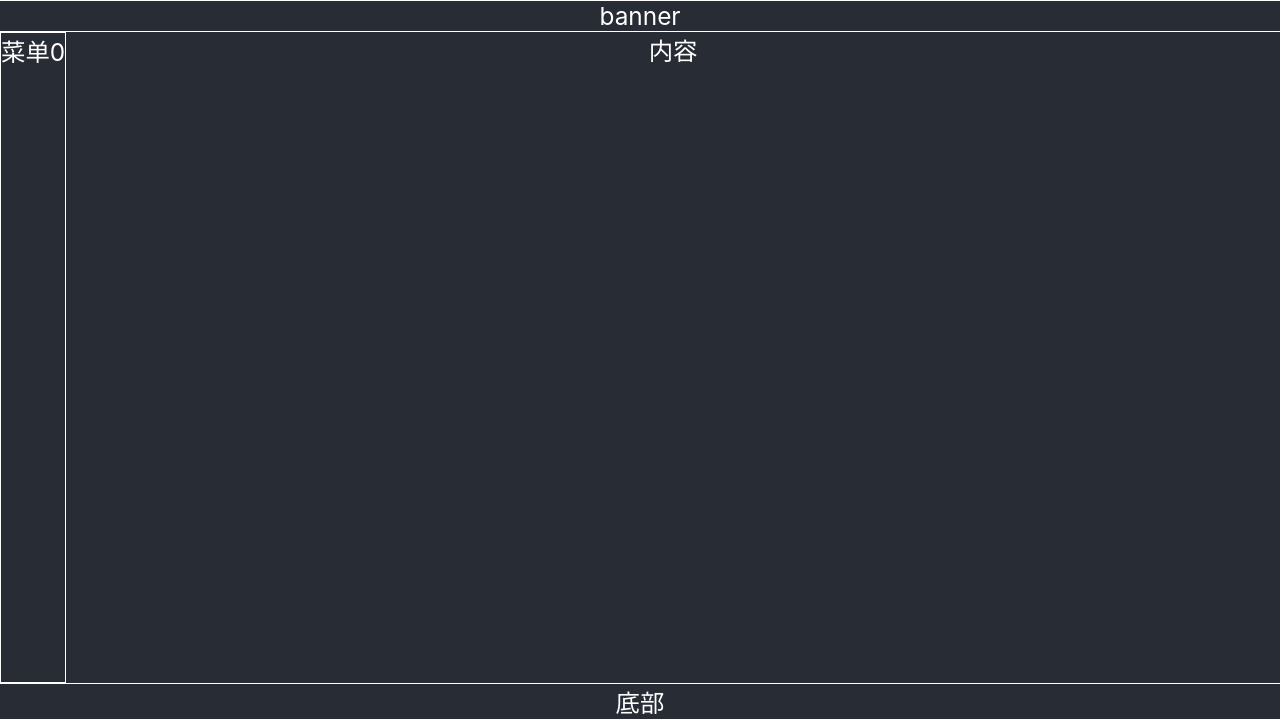
Repository: yaolh1995/react-hooks-demo-drag-layout
Page: /
The author's editor kept a copy of each file at every save. The page is drawn from the files as they stood at one save, then again after a run of saves.
The browser window is 1280 px wide. The page is 1281 px wide, so the pictures cover 1281 px, including what lies to the right of the window. The pictures show the whole page.
The project was rebuilt for these pictures with package versions that can differ from the ones it lists, and the page was loaded fresh each time.

Above is the page before, as saved 2022-01-29 14:37:09.

After the next 2 saves:
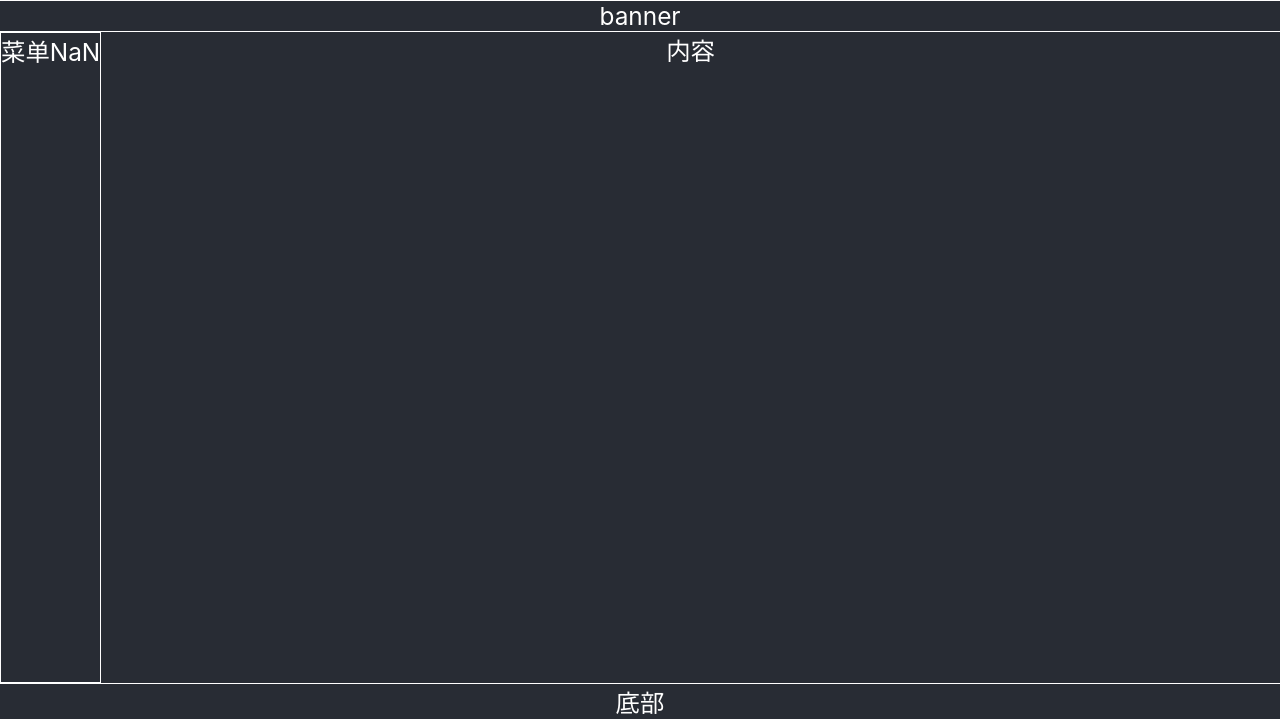
The 2 saves are shown as one change because 1 did not build or start.
The last was saved 48 s later.
--- a/src/App.js
+++ b/src/App.js
@@ -4,7 +4,7 @@
 /* 布局 菜单可有可无，菜单宽度可拖拽 */
 
 function App() {
-  const count = useState(0);
+  let count = useState(0);
   const dealClick = (count) => {
     count = count++;
     console.log("/");
@@ -14,7 +14,7 @@
       <header className="App-header">
         <div className="header">banner</div>
         <div className="content-wrapper">
-          <div className="menu" onClick={dealClick(count)}>
+          <div className="menu" onClick={count++}>
             菜单{count}
           </div>
           <div className="content">内容</div>

After the save that followed:
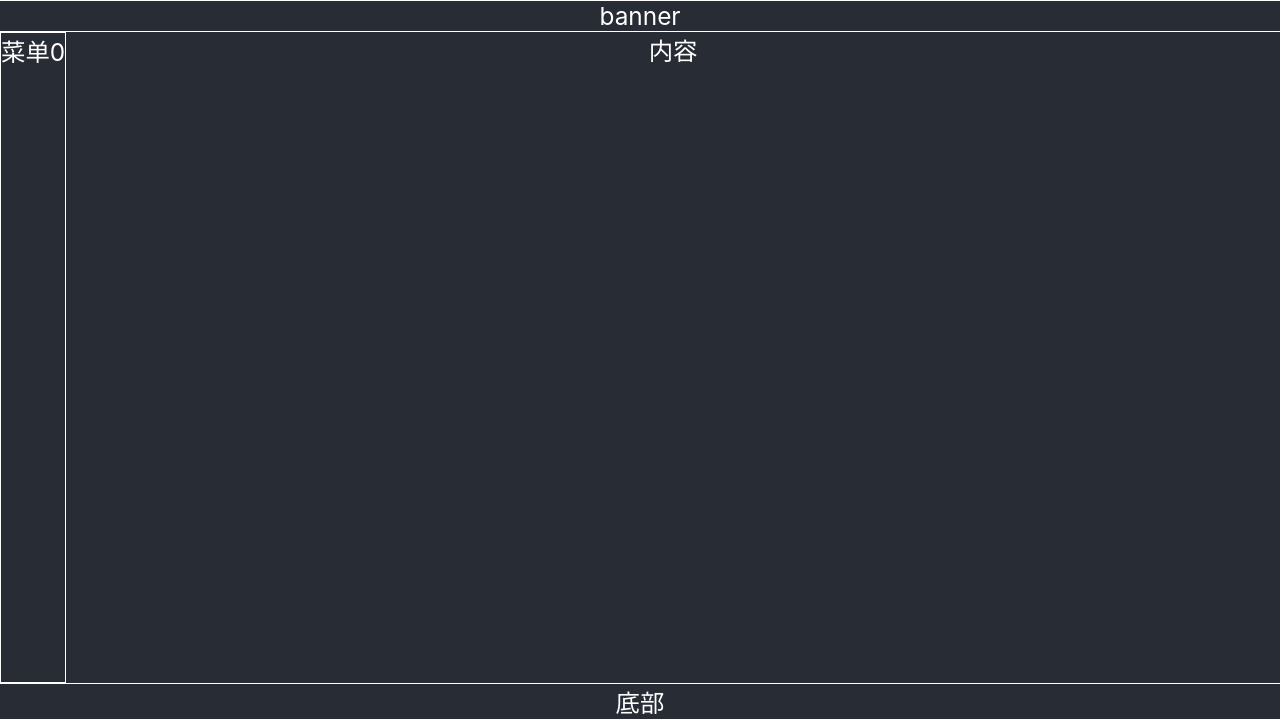
Saved 13 s later.
--- a/src/App.js
+++ b/src/App.js
@@ -14,7 +14,7 @@
       <header className="App-header">
         <div className="header">banner</div>
         <div className="content-wrapper">
-          <div className="menu" onClick={count++}>
+          <div className="menu" onClick={(count) => count++}>
             菜单{count}
           </div>
           <div className="content">内容</div>
